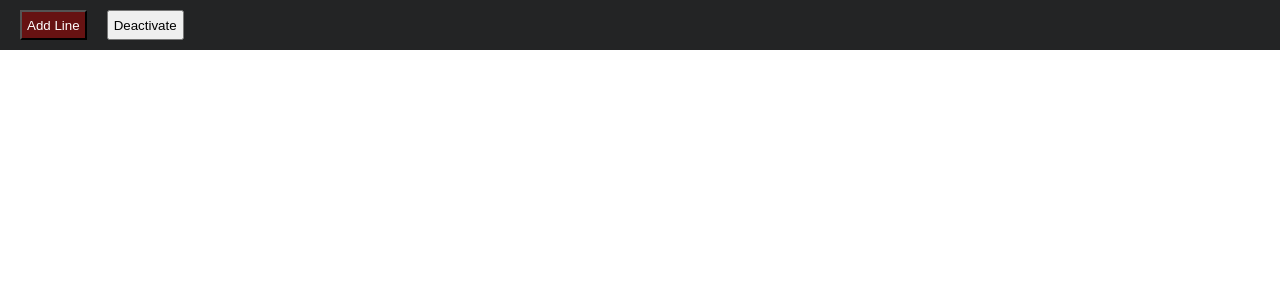
Repository: mykamla/MyJSproj
Page: fabric/index.html
The author's editor kept a copy of each file at every save. The page is drawn from the files as they stood at one save, then again after a run of saves.
The browser window is 1280 px wide. The pictures show the whole page.

Above is the page before, as saved 2022-12-26 15:31:35.

After the next 2 saves:
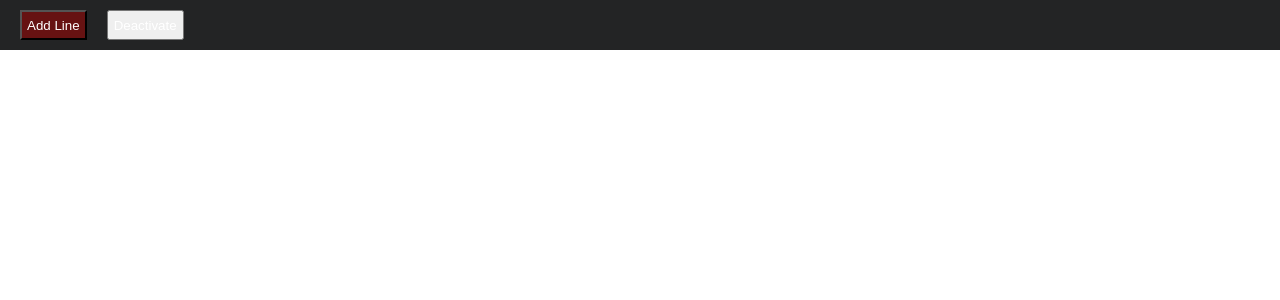
The 2 saves are shown as one change because they came seconds apart.
The last was saved 8 s later.
--- a/fabric/style.css
+++ b/fabric/style.css
@@ -23,12 +23,12 @@
     padding: 5px;
     height: 30px;
     margin-top: 10px;
+    color: white;
 
 }
 
 #adding-line-btn {
     background-color: rgb(102, 18, 18);
-    color: white;
 }
 
 #adding-line-btn:hover {
